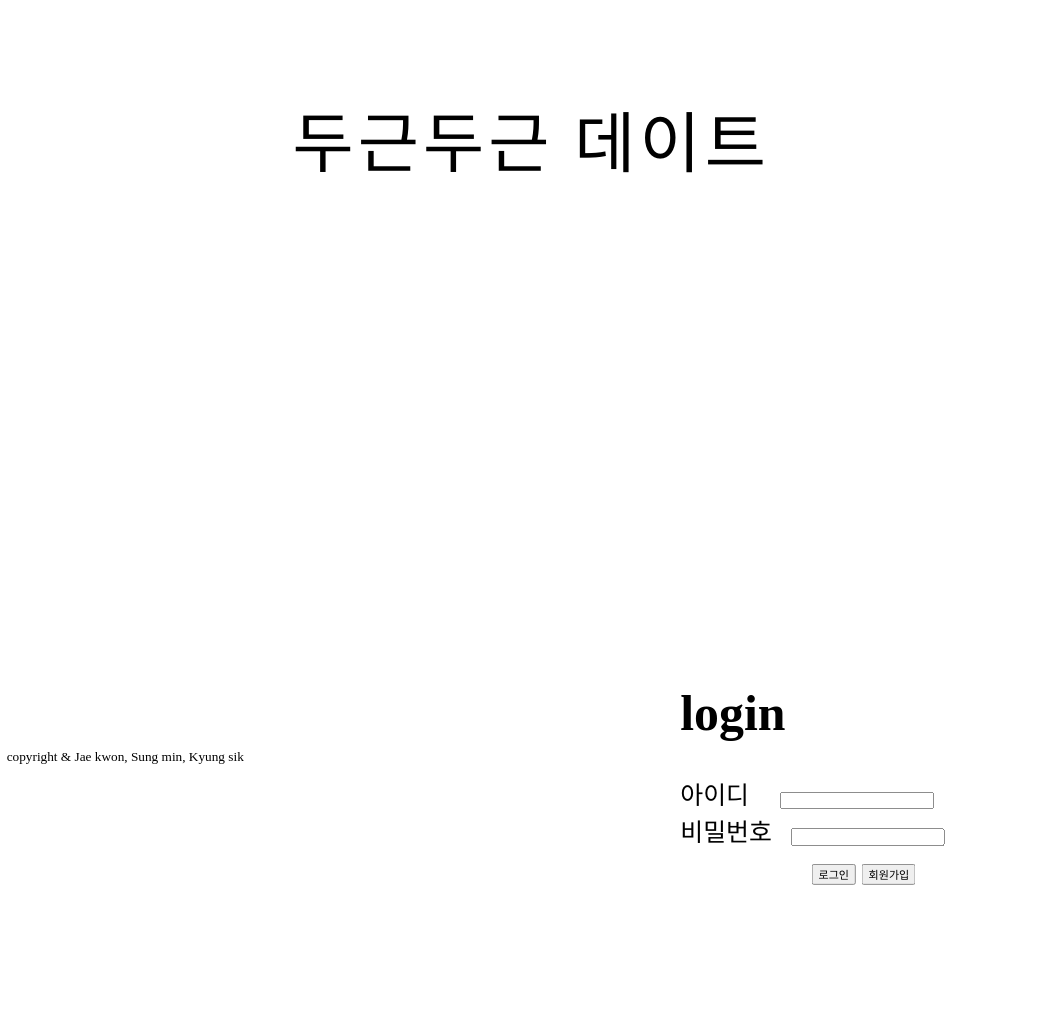
Repository: pinokio531/date_application
Page: http://localhost/doogeunDate/indexPage.jsp
The author's editor kept a copy of each file at every save. The page is drawn from the files as they stood at one save, then again after the next save.
The browser window is 1280 px wide. The pictures show the whole page, at 83% of full size.
Some web fonts or font styles are not loaded; a fallback is used. The page is served by Tomcat 9.

Above is the page before, as saved 2019-06-04 09:56:24.

After the next save:
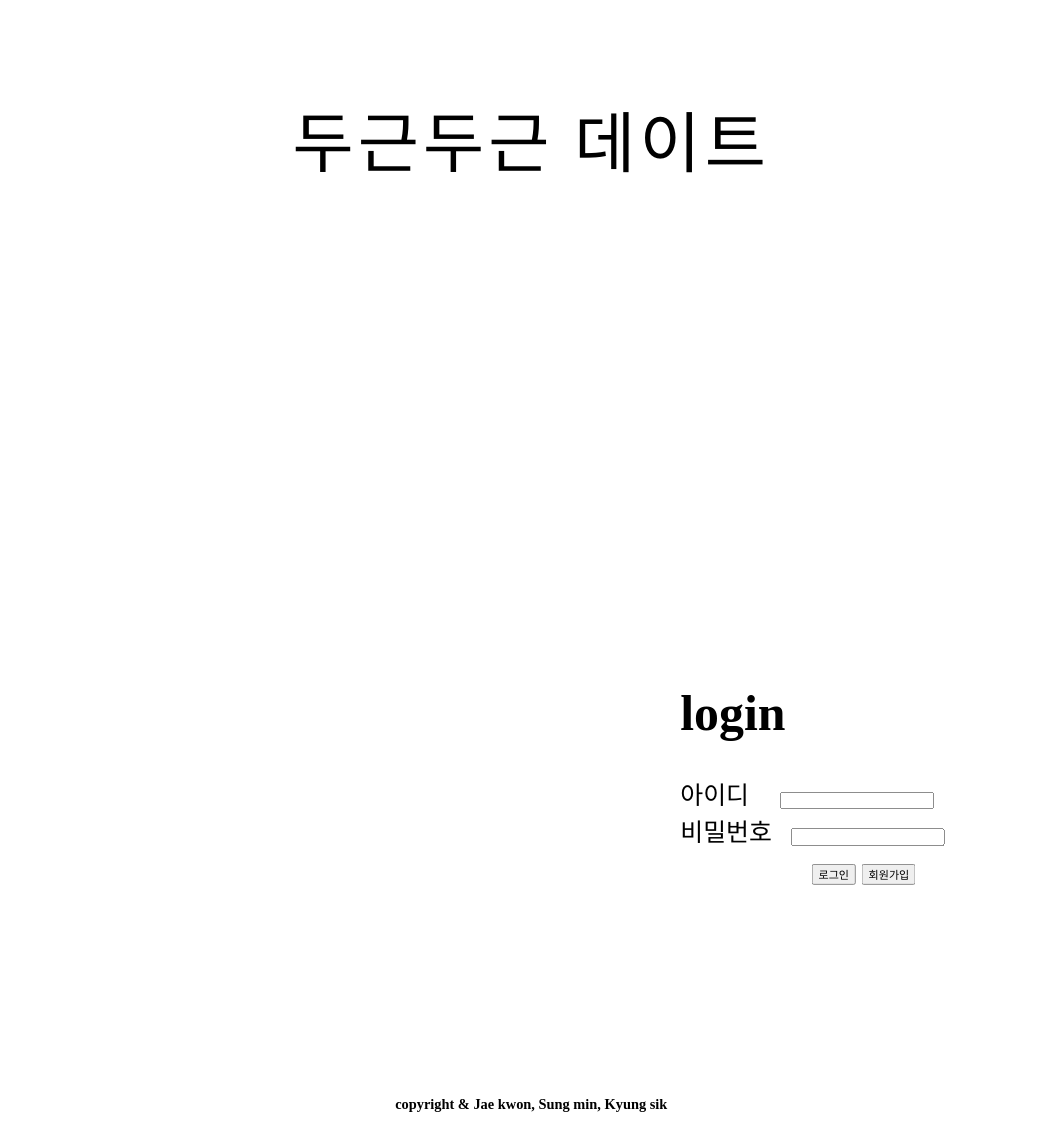
Saved 2 s later.
--- a/doogeunDate/WebContent/indexPage.jsp
+++ b/doogeunDate/WebContent/indexPage.jsp
@@ -30,10 +30,9 @@
 			</div>
 		</div>
 	</form>
+	<div class="footer">
+		<p>copyright & Jae kwon, Sung min, Kyung sik</p>
+	</div>
 </body>
 
-<footer>
-<p>copyright & Jae kwon, Sung min, Kyung sik</p>
-</footer>
-
 </html>
